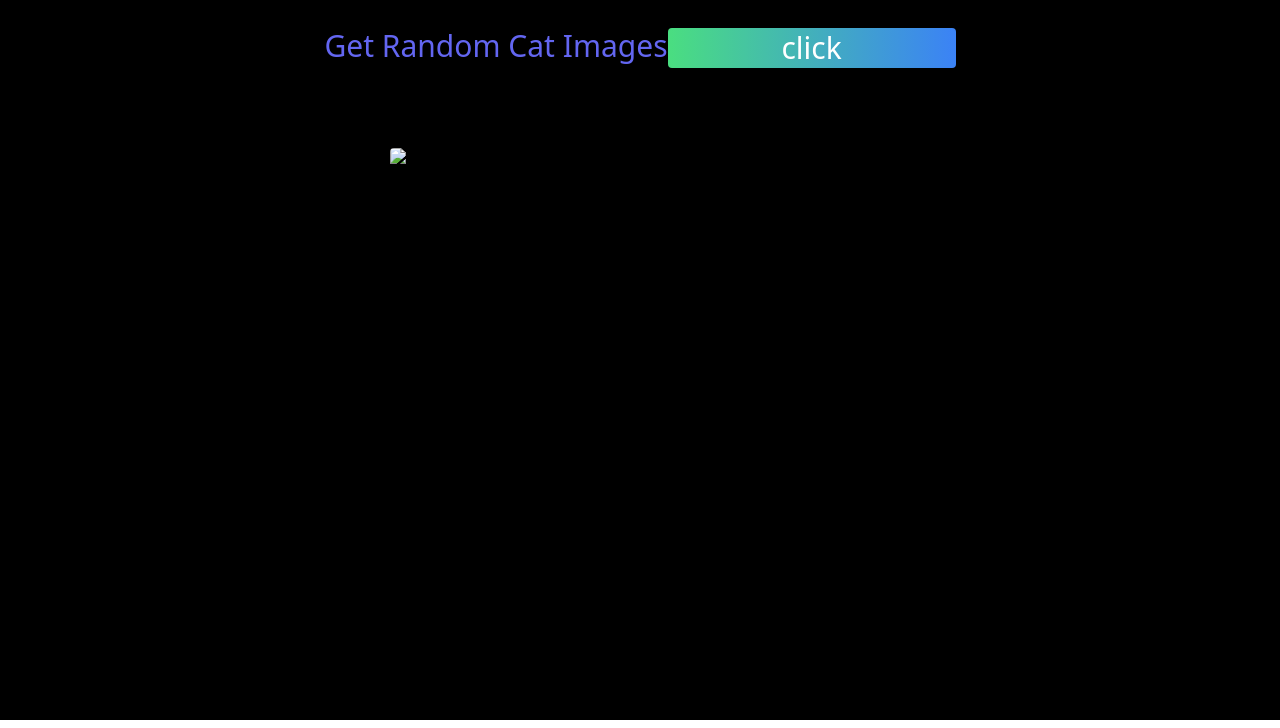
Repository: tentaciones/catMemeGenerator
Page: /
An editor plug-in stored every save of this project. The page is shown before and after the next save, followed by the edit.
The browser window is 1280 px wide. The pictures show the whole page.
The page's requests for data from a server got no answer. Some web fonts or font styles are not loaded; a fallback is used. The project was rebuilt for these pictures with package versions that can differ from the ones it lists, and the page was loaded fresh each time. No one was signed in, and anything a server would have sent is missing. Also part of the build but not shown: src/components/Navbar.jsx, src/components/Header.jsx, src/components/Post.jsx, src/components/Sidebar.jsx, src/pages/home.jsx.

Above is the page before, as saved 2022-07-07 19:58:01.

### public/index.html
<!DOCTYPE html>
<html lang="en">
  <head>
    <meta charset="utf-8" />
    <link rel="icon" href="%PUBLIC_URL%/favicon.ico" />
    <meta name="viewport" content="width=device-width, initial-scale=1" />
    <meta name="theme-color" content="#000000" />
    <meta
      name="description"
      content="Web site created using create-react-app"
    />
    <link rel="apple-touch-icon" href="%PUBLIC_URL%/logo192.png" />
    <link rel="preconnect" href="https://fonts.googleapis.com" />
    <link rel="preconnect" href="https://fonts.gstatic.com" crossorigin />
    <link
      href="https://fonts.googleapis.com/css2?family=Gentium+Book+Plus:ital@1&family=Rubik+Moonrocks&display=swap"
      rel="stylesheet"
    />
    <link rel="manifest" href="%PUBLIC_URL%/manifest.json" />

    <title>React App</title>
  </head>
  <body>
    <noscript>You need to enable JavaScript to run this app.</noscript>
    <div id="root"></div>
    <!--
      This HTML file is a template.
      If you open it directly in the browser, you will see an empty page.

      You can add webfonts, meta tags, or analytics to this file.
      The build step will place the bundled scripts into the <body> tag.

      To begin the development, run `npm start` or `yarn start`.
      To create a production bundle, use `npm run build` or `yarn build`.
    -->
  </body>
</html>

### src/App.js
import { Navbar } from "./components";
import Home from "./pages/Home";
import Generator from "./pages/Generator";
function App() {
  return (
    <div>
      <Generator />
    </div>
  );
}

export default App;

### src/components/index.js
export { default as Navbar } from "./Navbar";
export { default as Header } from "./Header";
export { default as Post } from "./Post";
export { default as Sidebar } from "./Sidebar";

### src/pages/Generator.jsx
import React, { useEffect, useState } from "react";
import Loading from "../components/Loading";
const Generator = () => {
  const [cat, setCat] = useState("");
  const [done, setDone] = useState(undefined);
  const [loading, setLoading] = useState(undefined);
  const getCat = () => {
    setDone(undefined);
    setLoading(undefined);
    setTimeout(() => {
      fetch("https://aws.random.cat/meow")
        .then((res) => res.json())
        .then((data) => setCat(data.file));
      setLoading(true);
      setTimeout(() => {
        setDone(true);
      }, 1000);
    }, 1200);
  };
  useEffect(() => {
    getCat();
  }, []);

  return (
    <div className="bg-black h-screen">
      <div className="hidden md:flex justify-center text-indigo-500 text-3xl">
        <div className="mt-7">Get Random Cat Images</div>
        <button
          onClick={getCat}
          className="bg-gradient-to-r from-green-400 to-blue-500 hover:from-pink-500 hover:to-yellow-500 text-white w-72 h-10 rounded mt-7"
        >
          click
        </button>
      </div>

      <div className="hidden md:flex justify-center">
        {!done ? (
          <Loading loading={loading} />
        ) : (
          <img
            src={cat}
            alt="c"
            className="h-[500px] w-[500px] rounded my-20"
          />
        )}
      </div>
    </div>
  );
};

export default Generator;

### src/components/Loading.js
import React from "react";
import Lottie from "react-lottie";
import * as loading from "../46472-lurking-cat.json";
import * as done from "../50465-done.json";

const defaultOptions = {
  loop: true,
  autoplay: true,
  animationData: loading.default,
  rendererSettings: {
    preserveAspectRatio: "xMidYMid slice",
  },
};

const defaultOptions2 = {
  loop: false,
  autoplay: true,
  animationData: done.default,
  rendererSettings: {
    preserveAspectRatio: "xMidYMid slice",
  },
};

const Loading = ({ loading }) => {
  console.log(loading);
  return (
    <div>
      {!loading ? (
        <Lottie options={defaultOptions} height={120} width={120} />
      ) : (
        <Lottie options={defaultOptions2} height={120} width={120} />
      )}
    </div>
  );
};

export default Loading;

Loaded but not shown: src/index.js (common file); src/index.css (common file); src/reportWebVitals.js (common file); src/46472-lurking-cat.json (common file); src/50465-done.json (common file); tailwind.config.js (common file)

After the next save:
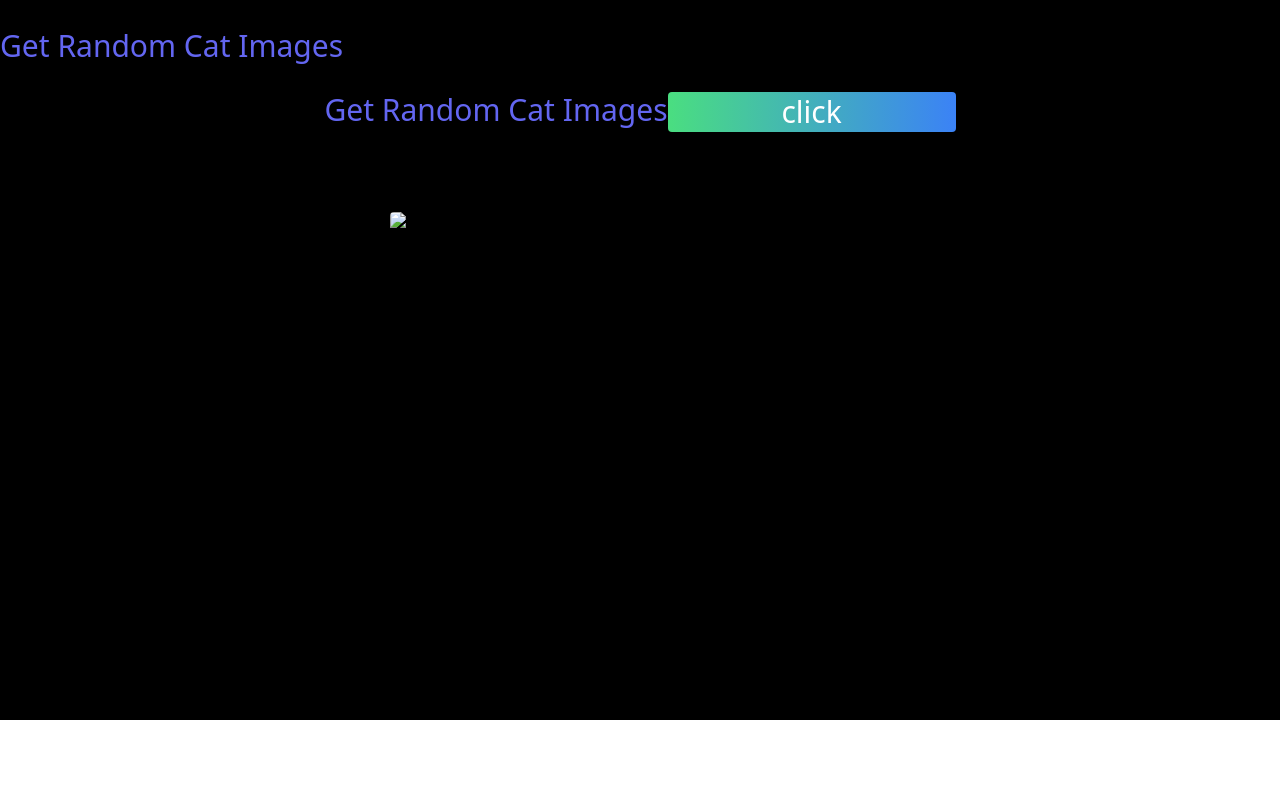
Saved 69 s later.
--- a/src/pages/Generator.jsx
+++ b/src/pages/Generator.jsx
@@ -23,6 +23,9 @@
 
   return (
     <div className="bg-black h-screen">
+      <div className="flex text-indigo-500 text-3xl">
+        <div className="mt-7">Get Random Cat Images</div>
+      </div>
       <div className="hidden md:flex justify-center text-indigo-500 text-3xl">
         <div className="mt-7">Get Random Cat Images</div>
         <button
